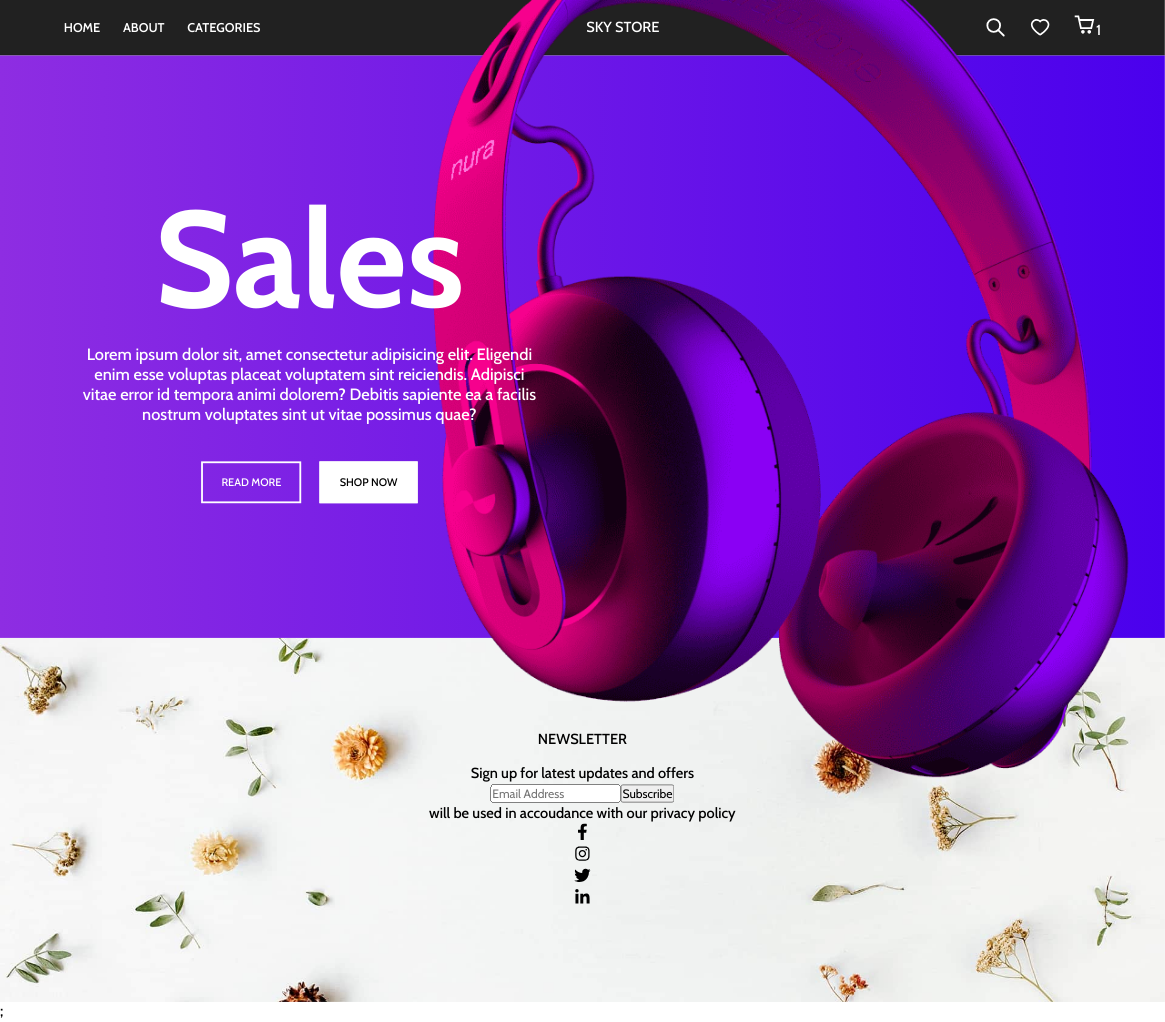
Repository: suraj-yadav7/ecommerce
Page: /
The author's editor kept a copy of each file at every save. The page is drawn from the files as they stood at one save, then again after the next save.
The browser window is 1280 px wide. The pictures show the whole page, at 91% of full size.
The project was rebuilt for these pictures with package versions that can differ from the ones it lists, and the page was loaded fresh each time. Also part of the build but not shown: src/components/Home/Home.scss, src/components/Category/Category.scss, src/components/Category/Category.jsx, src/components/SingleProduct/SingleProduct.scss, src/components/SingleProduct/SingleProduct.jsx, src/App.scss, src/components/Header/Search/Search.scss, src/components/Header/Search/Search.jsx and 3 more.

Above is the page before, as saved 2023-06-17 14:15:42.

After the next save:
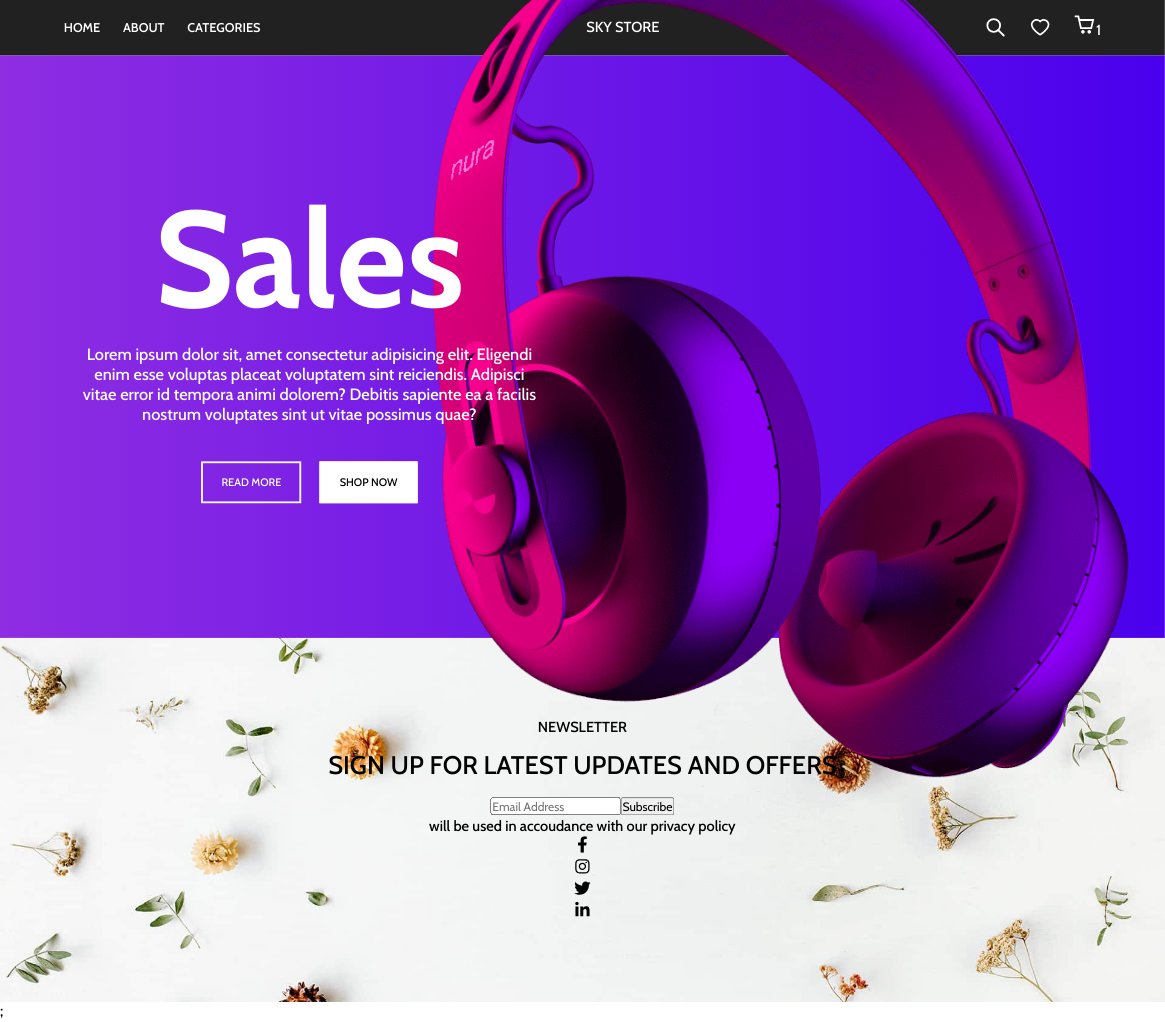
Saved 2 min 52 s later.
--- a/src/components/Footer/Newsletter/Newsletter.scss
+++ b/src/components/Footer/Newsletter/Newsletter.scss
@@ -21,4 +21,26 @@
     text-transform: uppercase;
     color: Orgba(0, 0, 0, 0.5);
     }
+    .big-text {
+        margin-bottom: 20px;
+        font-size: 22px;
+        line-height: 30px;
+        font-weight: 500;
+        text-transform: uppercase;
+        padding: 0 30px;
+        @include md{
+            font-size: 28px;
+        }
+        .form{
+        display: flex;
+        gap: 5px;
+        margin-bottom: 10px;
+        input{
+            width: 200px;
+            height: 40px;
+            border-radius: 0;
+            border: 1px solid Oblack;
+            }
+        }
+    }
 }
